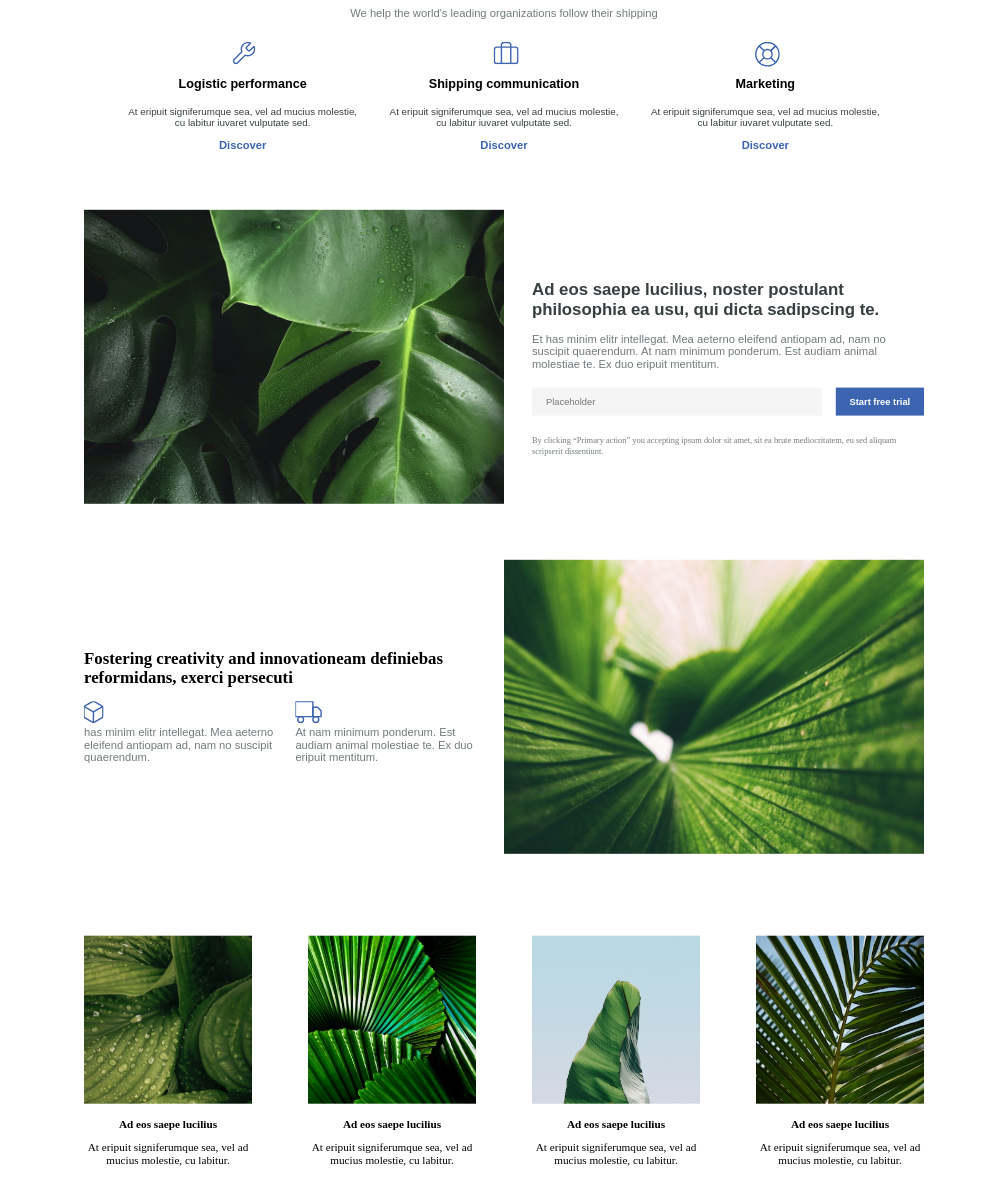
Repository: Mygit2001/LeTuSy_Test_Ecommage
Page: index.html
An editor plug-in stored every save of this project. The page is shown before and after a run of saves, followed by the edit.
The browser window is 1280 px wide. The page is 1440 px wide, so the pictures cover 1440 px, including what lies to the right of the window. The pictures show the part of the page from y = 884 to 2604 px (the page is 2604 px tall), at 70% of full size.
Some web fonts or font styles are not loaded; a fallback is used.

Above is the page before, as saved 2023-02-15 21:54:19.

### index.html
<!DOCTYPE html>
<html lang="en">
  <head>
    <meta charset="UTF-8" />
    <meta http-equiv="X-UA-Compatible" content="IE=edge" />
    <meta name="viewport" content="width=device-width, initial-scale=1.0" />
    <link rel="stylesheet" href="./assets/css/base.css" />
    <link rel="stylesheet" href="./assets/css/index.css" />
    <link rel="stylesheet" href="./assets/js/index.js" />
    <link rel="stylesheet" href="./assets/css/responsive.css">
    <link rel="preconnect" href="https://fonts.googleapis.com" />
    <link rel="preconnect" href="https://fonts.gstatic.com" crossorigin />
    <link
      href="https://fonts.google.com/specimen/Mulish"
      rel="stylesheet"
    />
    <title>Ecommage test - Lê Tử Sỹ</title>
  </head>
  <body>
    <header>
      <nav class="navbar_header">
        <div class="logo navbar_header-item">
          <svg
            width="67"
            height="40"
            viewBox="0 0 67 40"
            fill="none"
            xmlns="http://www.w3.org/2000/svg"
          >
            <path
              d="M42.5147 30.5614C63.5719 30.5614 65.2682 12.6468 65.4038 4.13342C65.4051 3.90184 65.3598 3.67236 65.2708 3.45856C65.1818 3.24477 65.0508 3.051 64.8856 2.88873C64.7204 2.72646 64.5243 2.59898 64.3089 2.51384C64.0935 2.4287 63.8633 2.38762 63.6317 2.39305C33.7072 2.94264 33.7072 17.4504 33.7072 30.5614V37.6074"
              stroke="#3C64B1"
              stroke-width="3"
              stroke-linecap="round"
              stroke-linejoin="round"
            />
            <path
              d="M33.7072 30.5614C33.7072 30.5614 33.7072 19.9923 47.7992 18.2308"
              stroke="#3C64B1"
              stroke-width="3"
              stroke-linecap="round"
              stroke-linejoin="round"
            />
            <path
              d="M24.8891 30.5614C3.832 30.5614 2.13566 12.6468 2.00003 4.13342C1.99878 3.90184 2.04401 3.67236 2.13302 3.45856C2.22204 3.24477 2.35304 3.051 2.51827 2.88873C2.68349 2.72646 2.87959 2.59898 3.09496 2.51384C3.31033 2.4287 3.54058 2.38762 3.7721 2.39305C33.6967 2.94264 33.6967 17.4504 33.6967 30.5614V37.6074"
              stroke="#3C64B1"
              stroke-width="3"
              stroke-linecap="round"
              stroke-linejoin="round"
            />
            <path
              d="M33.6967 30.5614C33.6967 30.5614 33.6967 19.9923 19.6046 18.2308"
              stroke="#3C64B1"
              stroke-width="3"
              stroke-linecap="round"
              stroke-linejoin="round"
            />
          </svg>
        </div>
        <div class="navbar_header-item menu fw-600">
          <span>Features</span>
          <span>Pricing</span>
          <span>Contact</span>
        </div>
        <div class="navbar_header-item navitem-right">
          <label class="fw-600">Log In</label>
          <button class="default-butn" style="width: 107px">Start now</button>
        </div>
      </nav>
    </header>
    <main class="container">
      <div class="main_intro">
        <div class="main_intro-content">
          <div class="main_intro-content-text">
            <span>Simplify your online shipping for </span>
            <span>free this month !</span>
            <p>
              Et has minim elitr intellegat. Mea aeterno eleifend antiopam
              ad,nam no suscipit quaerendum. At nam minimum ponderum. Est audiam
              animal molestiae te.
            </p>
          </div>
          <div class="main_intro-content-button">
            <button class="default-butn">Start free trial</button>
            <button class="default-butn2" style="">Learn more</button>
          </div>
        </div>
        <div class="main_intro-img"></div>
      </div>
      <div class="main_content">
        <div class="main_content-head">
          <div class="main_content-text">
            <h2>Grow your business with better Shipping</h2>
            <span
              >We help the world's leading organizations follow their
              shipping</span
            >
          </div>
          <div class="main_content-services">
            <div class="main_content-services-item">
              <div class="content_services-item-top">
                <div class="s-30">
                    <svg
                      width="33"
                      height="32"
                      viewBox="0 0 33 32"
                      fill="none"
                      xmlns="http://www.w3.org/2000/svg"
                    >
                      <path
                        d="M20.1376 7.79345C19.8484 8.08852 19.6864 8.48524 19.6864 8.89843C19.6864 9.31161 19.8484 9.70833 20.1376 10.0034L22.6633 12.5291C22.9584 12.8183 23.3551 12.9803 23.7683 12.9803C24.1814 12.9803 24.5782 12.8183 24.8732 12.5291L30.8243 6.57798C31.6181 8.33203 31.8584 10.2863 31.5133 12.1804C31.1682 14.0745 30.254 15.8185 28.8926 17.1799C27.5312 18.5412 25.7873 19.4554 23.8932 19.8005C21.9991 20.1456 20.0448 19.9053 18.2907 19.1115L7.38307 30.0192C6.75509 30.6472 5.90336 31 5.01527 31C4.12717 31 3.27544 30.6472 2.64746 30.0192C2.01948 29.3912 1.66669 28.5395 1.66669 27.6514C1.66669 26.7633 2.01948 25.9116 2.64746 25.2836L13.5551 14.3759C12.7614 12.6219 12.5211 10.6676 12.8662 8.77349C13.2113 6.87939 14.1254 5.13544 15.4868 3.77406C16.8482 2.41268 18.5922 1.49852 20.4863 1.15341C22.3804 0.808299 24.3347 1.04863 26.0887 1.84237L20.1534 7.77767L20.1376 7.79345Z"
                        stroke="#3C64B1"
                        stroke-width="2"
                        stroke-linecap="round"
                        stroke-linejoin="round"
                      />
                    </svg>
                </div>
                <div class="services-item-top-title fw-700">Logistic performance</div>
                <span class="services-item-top-des"
                  >At eripuit signiferumque sea, vel ad mucius molestie, cu
                  labitur iuvaret vulputate sed.</span>
              </div>
              <div class="content_services-item-bot">
                <label class="services-item-bot-text fw-700">Discover</label>
              </div>
            </div>
            <div class="main_content-services-item">
              <div class="content_services-item-top">
                <div class="s-30">
                    <svg width="36" height="32" viewBox="0 0 36 32" fill="none" xmlns="http://www.w3.org/2000/svg">
                        <path d="M31.3334 7.66669H4.66671C2.82576 7.66669 1.33337 9.15907 1.33337 11V27.6667C1.33337 29.5076 2.82576 31 4.66671 31H31.3334C33.1743 31 34.6667 29.5076 34.6667 27.6667V11C34.6667 9.15907 33.1743 7.66669 31.3334 7.66669Z" stroke="#3C64B1" stroke-width="2" stroke-linecap="round" stroke-linejoin="round"/>
                        <path d="M24.6667 31V4.33333C24.6667 3.44928 24.3155 2.60143 23.6904 1.97631C23.0653 1.35119 22.2174 1 21.3334 1H14.6667C13.7827 1 12.9348 1.35119 12.3097 1.97631C11.6846 2.60143 11.3334 3.44928 11.3334 4.33333V31" stroke="#3C64B1" stroke-width="2" stroke-linecap="round" stroke-linejoin="round"/>
                    </svg>
                </div>
                <div class="services-item-top-title fw-700">Shipping communication</div>
                <span class="services-item-top-des">At eripuit signiferumque sea, vel ad mucius molestie, cu
                  labitur iuvaret vulputate sed.</span>
              </div>
              <div class="content_services-item-bot">
                <span class="services-item-bot-text fw-700">Discover</span>
              </div>
            </div>
            <div class="main_content-services-item">
              <div class="content_services-item-top">
                <div class="s-30">
                    <svg width="36" height="36" viewBox="0 0 36 36" fill="none" xmlns="http://www.w3.org/2000/svg">
                        <path d="M18.3334 34.3333C27.5382 34.3333 35.0001 26.8714 35.0001 17.6667C35.0001 8.46192 27.5382 1 18.3334 1C9.12867 1 1.66675 8.46192 1.66675 17.6667C1.66675 26.8714 9.12867 34.3333 18.3334 34.3333Z" stroke="#3C64B1" stroke-width="2" stroke-linecap="round" stroke-linejoin="round"/>
                        <path d="M18.3334 24.3333C22.0153 24.3333 25.0001 21.3486 25.0001 17.6667C25.0001 13.9848 22.0153 11 18.3334 11C14.6515 11 11.6667 13.9848 11.6667 17.6667C11.6667 21.3486 14.6515 24.3333 18.3334 24.3333Z" stroke="#3C64B1" stroke-width="2" stroke-linecap="round" stroke-linejoin="round"/>
                        <path d="M6.55005 5.8833L13.6167 12.95" stroke="#3C64B1" stroke-width="2" stroke-linecap="round" stroke-linejoin="round"/>
                        <path d="M23.0502 22.3834L30.1168 29.4501" stroke="#3C64B1" stroke-width="2" stroke-linecap="round" stroke-linejoin="round"/>
                        <path d="M23.0502 12.95L30.1168 5.8833" stroke="#3C64B1" stroke-width="2" stroke-linecap="round" stroke-linejoin="round"/>
                        <path d="M23.0502 12.9499L28.9335 7.06659" stroke="#3C64B1" stroke-width="2" stroke-linecap="round" stroke-linejoin="round"/>
                        <path d="M6.55005 29.4501L13.6167 22.3834" stroke="#3C64B1" stroke-width="2" stroke-linecap="round" stroke-linejoin="round"/>
                    </svg>
                </div>

                <div class="services-item-top-title fw-700">Marketing</div>
                <span class="services-item-top-des"
                  >At eripuit signiferumque sea, vel ad mucius molestie, cu
                  labitur iuvaret vulputate sed.</span>
              </div>
              <div class="content_services-item-bot">
                <span class="services-item-bot-text fw-700">Discover</span>
              </div>
            </div>
          </div>
        </div>
        <div class="main_content-block1 main_content-block">
          <div class="content_block1-img cus-bgImg">
          </div>
          <div class="content_block1-des">
            <div class="content_block1-text">
              <h2>
                Ad eos saepe lucilius, noster postulant philosophia ea usu, qui
                dicta sadipscing te.
              </h2>
              <p>
                Et has minim elitr intellegat. Mea aeterno eleifend antiopam ad,
                nam no suscipit quaerendum. At nam minimum ponderum. Est audiam
                animal molestiae te. Ex duo eripuit mentitum.
              </p>
            </div>
            <div class="content_block1-func">
              <div class="content_block1-func-bi">
                  <input type="text" placeholder="Placeholder" class="input-ctb1" />
                  <button class="default-butn">Start free trial</button>
              </div>
              <div>
                <p class="block1-lt">
                  By clicking “Primary action” you accepting ipsum dolor sit amet,
                  sit ea brute mediocritatem, eu sed aliquam scripserit
                  dissentiunt.
                </p>
              </div>
            </div>

          </div>
        </div>
        <div class="main_content-block2 main_content-block">
          <div class="content_block2-des">
            <div class="content_block2-text">
              <h2>
                Fostering creativity and innovationeam definiebas reformidans, exerci persecuti
              </h2>
            </div>
            <div class="content_block2-wrap-item">
              <div class="content_block2-item">
                <div>
                    <svg width="28" height="32" viewBox="0 0 28 32" fill="none" xmlns="http://www.w3.org/2000/svg">
                        <path d="M26.8951 21.2487V9.29534C26.8945 8.77129 26.7562 8.2566 26.494 7.8029C26.2317 7.3492 25.8548 6.97244 25.4009 6.71042L14.9417 0.733736C14.4874 0.471454 13.9721 0.333374 13.4475 0.333374C12.923 0.333374 12.4077 0.471454 11.9534 0.733736L1.49417 6.71042C1.04034 6.97244 0.663382 7.3492 0.401127 7.8029C0.138872 8.2566 0.000537516 8.77129 0 9.29534V21.2487C0.000537516 21.7728 0.138872 22.2874 0.401127 22.7411C0.663382 23.1948 1.04034 23.5716 1.49417 23.8336L11.9534 29.8103C12.4077 30.0726 12.923 30.2107 13.4475 30.2107C13.9721 30.2107 14.4874 30.0726 14.9417 29.8103L25.4009 23.8336C25.8548 23.5716 26.2317 23.1948 26.494 22.7411C26.7562 22.2874 26.8945 21.7728 26.8951 21.2487Z" stroke="#3C64B1" stroke-width="2" stroke-linecap="round" stroke-linejoin="round"/>
                        <path d="M0.403427 7.74158L13.4475 15.2871L26.4917 7.74158" stroke="#3C64B1" stroke-width="2" stroke-linecap="round" stroke-linejoin="round"/>
                        <path d="M13.4475 30.3333V15.2721" stroke="#3C64B1" stroke-width="2" stroke-linecap="round" stroke-linejoin="round"/>
                    </svg>

                </div>
                <div class="content_block2-item-text"> has minim elitr intellegat. Mea aeterno eleifend antiopam ad, nam no suscipit quaerendum.</div>
              </div>
              <div class="content_block2-item">
                <div>
                    <svg width="38" height="32" viewBox="0 0 38 32" fill="none" xmlns="http://www.w3.org/2000/svg">
                        <path d="M25 0.333374H0V22H25V0.333374Z" stroke="#3C64B1" stroke-width="2" stroke-linecap="round" stroke-linejoin="round"/>
                        <path d="M25 8.66663H31.6666L36.6666 13.6666V21.9999H25V8.66663Z" stroke="#3C64B1" stroke-width="2" stroke-linecap="round" stroke-linejoin="round"/>
                        <path d="M7.49997 30.3333C9.80116 30.3333 11.6666 28.4678 11.6666 26.1667C11.6666 23.8655 9.80116 22 7.49997 22C5.19879 22 3.33331 23.8655 3.33331 26.1667C3.33331 28.4678 5.19879 30.3333 7.49997 30.3333Z" stroke="#3C64B1" stroke-width="2" stroke-linecap="round" stroke-linejoin="round"/>
                        <path d="M29.1666 30.3333C31.4678 30.3333 33.3333 28.4678 33.3333 26.1667C33.3333 23.8655 31.4678 22 29.1666 22C26.8654 22 25 23.8655 25 26.1667C25 28.4678 26.8654 30.3333 29.1666 30.3333Z" stroke="#3C64B1" stroke-width="2" stroke-linecap="round" stroke-linejoin="round"/>
                    </svg>
                </div>
                <div  class="content_block2-item-text">At nam minimum ponderum. Est audiam animal molestiae te. Ex duo eripuit mentitum.</div>
            </div>
            </div>
          </div>
          <div class="content_block2-img cus-bgImg"> </div>
        </div>
        <div class=" main_content-foot">
            <div class="main_content-foot-item">
                <div class="content-foot-item-img1 wh-img-foot cus-bgImg"></div>
                <div class="content-foot-item-text">
                    <span class="fw-700">Ad eos saepe lucilius</span>
                    <p>At eripuit signiferumque sea, vel ad mucius molestie, cu labitur.</p>
                </div>
            </div>
            <div class="main_content-foot-item">
                <div class="content-foot-item-img2 wh-img-foot cus-bgImg" ></div>
                <div class="content-foot-item-text">
                    <span class="fw-700">Ad eos saepe lucilius</span>
                    <p>At eripuit signiferumque sea, vel ad mucius molestie, cu labitur.</p>
                </div>
            </div>
            <div class="main_content-foot-item">
                <div class="content-foot-item-img3 wh-img-foot cus-bgImg"></div>
                <div class="content-foot-item-text">
                    <span class="fw-700">Ad eos saepe lucilius</span>
                    <p>At eripuit signiferumque sea, vel ad mucius molestie, cu labitur.</p>
                </div>
            </div>
            <div class="main_content-foot-item">
                <div class="content-foot-item-img4 wh-img-foot cus-bgImg"></div>
                <div class="content-foot-item-text">
                    <span class="fw-700">Ad eos saepe lucilius</span>
                    <p>At eripuit signiferumque sea, vel ad mucius molestie, cu labitur.</p>
                </div>
            </div>
        </div>
      </div>
    </main>
  </body>
</html>

### assets/css/base.css
body {
  padding: 0;
  margin: 0;
  box-sizing: border-box;
}
header {
}
.default-butn {
  text-align: center;
  padding: 10px 10px;
  width: 135px;
  height: 40px;
  color: #fff;
  font-family: "Mulish", sans-serif;
  outline: none;
  border: none;
  font-weight: 700;
  background-color: #3c64b1;
}
.default-butn2 {
  text-align: center;
  padding: 10px 20px;
  width: 116px;
  height: 40px;
  border: 1px solid #3c64b1;
  color: #3C64B1;
  font-weight: 600;
  font-family: "Mulish", sans-serif;
}
.s-30 {
    width: 30px;
    height: 30px;
}
.cus-bgImg {
  flex: none;
  flex-grow: 0;
  background-size: cover;
  background-repeat: no-repeat;
}
.fw-600 {
  font-weight: 600;
}
.fw-700 {
  font-weight: 700;
}
.fs-18 {
  font-size: 18px;
}

### assets/css/responsive.css
/* mobile */
@media(max-width:46.1875em) {
    .row {
        display: block;
    }
    .col-sm-12 {
        width: 100%;
    }
    .col-sm-6 {
        width: 50%;
    }
}

/* Tablet */
@media(min-width:46.25em) and (max-width:63.9375em){


}

 /* mobile and tablet */
@media(max-width:63.9375em) {

}

Loaded but not shown: assets/css/index.css (308 lines, source omitted); assets/js/index.js (no stored copy; drawn as an empty file)

After the next 2 saves:
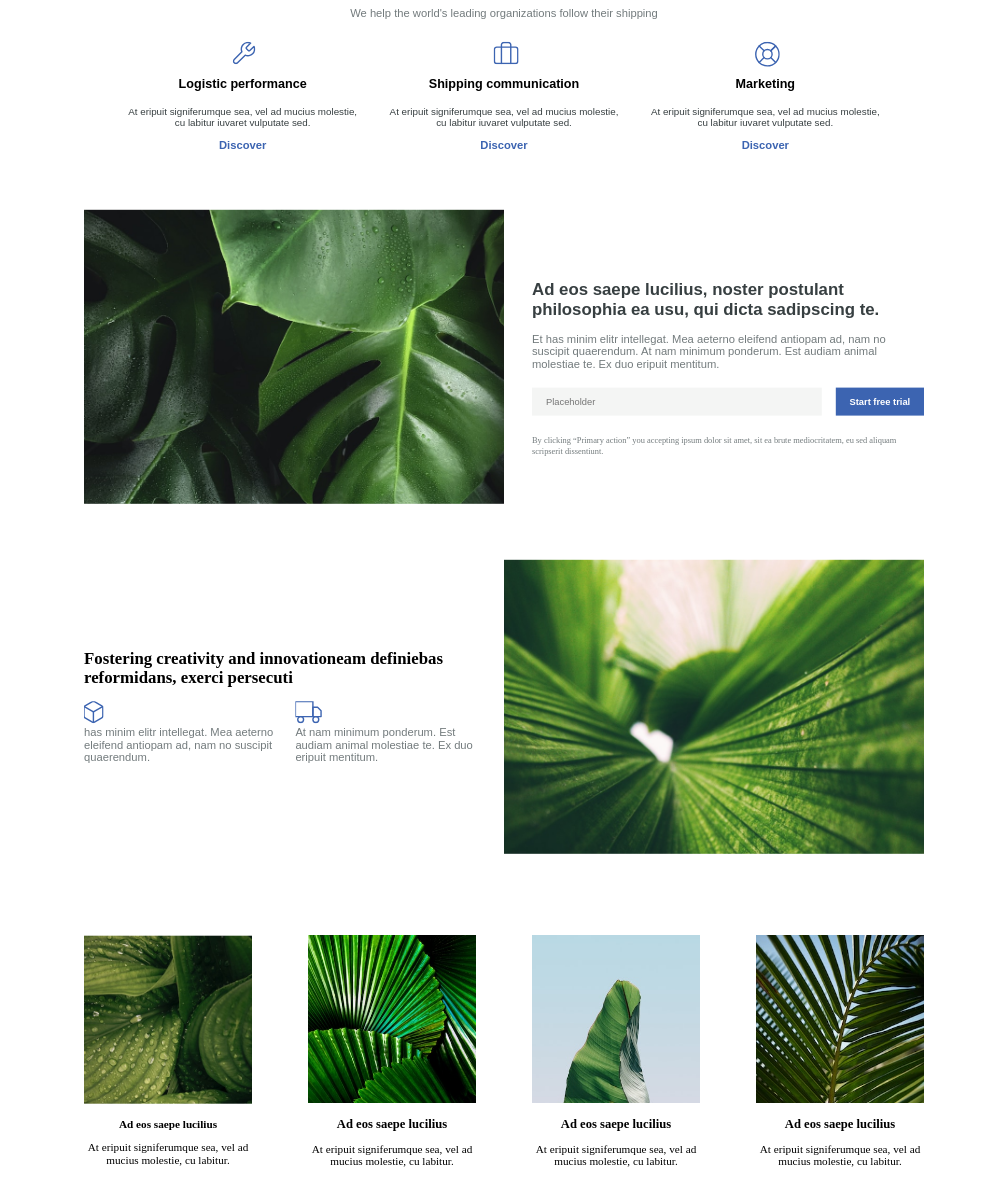
The 2 saves are shown as one change because they came seconds apart.
The last was saved 13 s later.
--- a/index.html
+++ b/index.html
@@ -242,21 +242,21 @@
             <div class="main_content-foot-item">
                 <div class="content-foot-item-img2 wh-img-foot cus-bgImg" ></div>
                 <div class="content-foot-item-text">
-                    <span class="fw-700">Ad eos saepe lucilius</span>
+                    <span class="fw-700 fs-18">Ad eos saepe lucilius</span>
                     <p>At eripuit signiferumque sea, vel ad mucius molestie, cu labitur.</p>
                 </div>
             </div>
             <div class="main_content-foot-item">
                 <div class="content-foot-item-img3 wh-img-foot cus-bgImg"></div>
                 <div class="content-foot-item-text">
-                    <span class="fw-700">Ad eos saepe lucilius</span>
+                    <span class="fw-700 fs-18">Ad eos saepe lucilius</span>
                     <p>At eripuit signiferumque sea, vel ad mucius molestie, cu labitur.</p>
                 </div>
             </div>
             <div class="main_content-foot-item">
                 <div class="content-foot-item-img4 wh-img-foot cus-bgImg"></div>
                 <div class="content-foot-item-text">
-                    <span class="fw-700">Ad eos saepe lucilius</span>
+                    <span class="fw-700 fs-18">Ad eos saepe lucilius</span>
                     <p>At eripuit signiferumque sea, vel ad mucius molestie, cu labitur.</p>
                 </div>
             </div>
